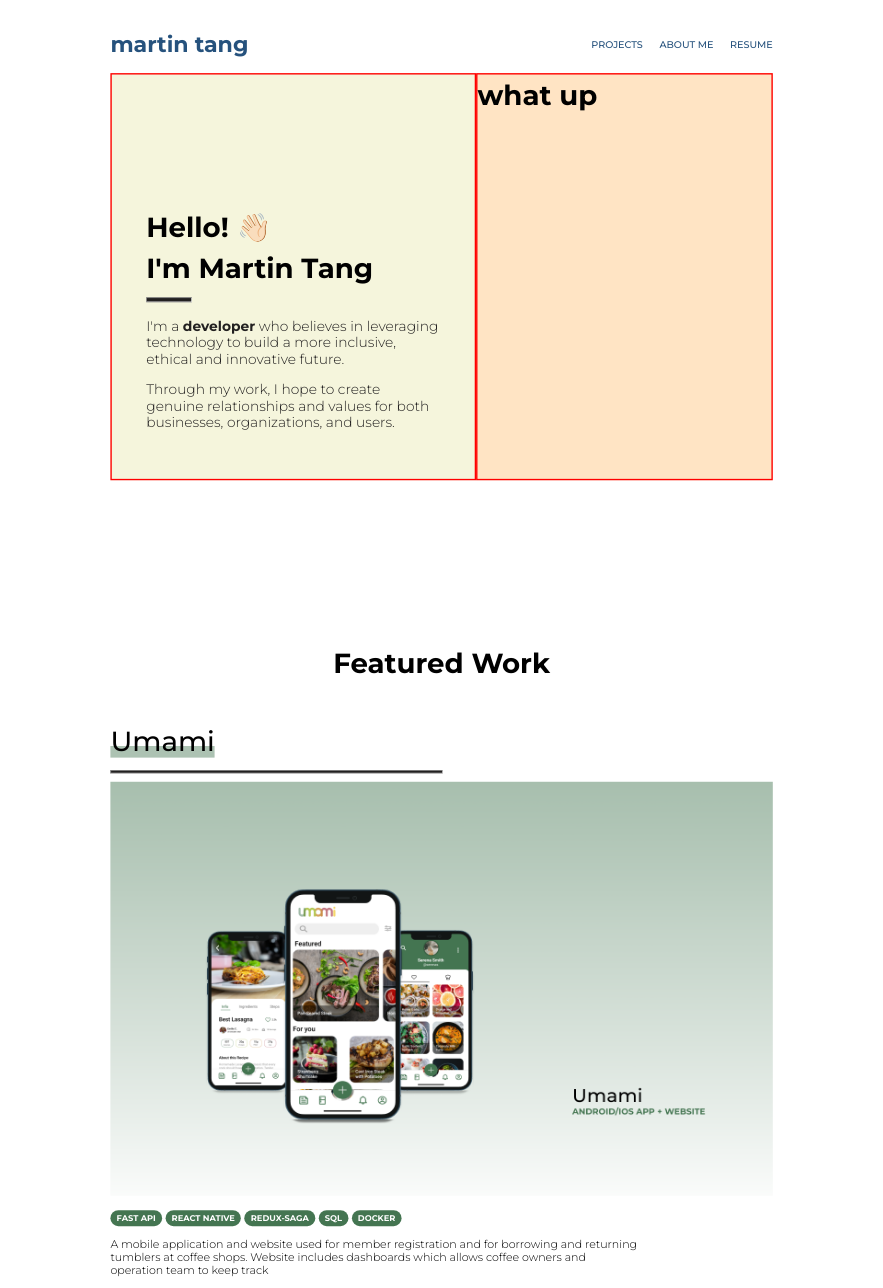
Repository: TangMartin/martintang
Page: index.html
The author's editor kept a copy of each file at every save. The page is drawn from the files as they stood at one save, then again after the next save.
The browser window is 1280 px wide. The pictures show the whole page, at 69% of full size.

Above is the page before, as saved 2021-11-24 00:50:03.

### index.html
<!DOCTYPE html>

<html>
    <head>
        <link href="./styles/style.css" rel="stylesheet">
        <link rel="preconnect" href="https://fonts.googleapis.com">
        <link rel="preconnect" href="https://fonts.gstatic.com" crossorigin>
        <link href="https://fonts.googleapis.com/css2?family=Montserrat:wght@300;500;700&display=swap" rel="stylesheet">
        <title> Martin Tang</title>
    </head>

    <body>
        <div class="topnav">
            <a class="name" href="./index.html" style="font-weight: bold; font-size: 32px;">martin tang</a>
            <a class="tabs" href="./Martin_Tang_Resume.pdf" download>RESUME</a>
            <a class="tabs" href="./pages/aboutme.html">ABOUT ME</a>
            <a class="tabs" href="./pages/projects.html">PROJECTS</a>
        </div>
        <div class="flex-main">
            <div class="flex-left">
                <h1>Hello! <span class="wave">👋🏻</span> </h1>
                <h1>I'm Martin Tang</h1>
                <hr style="height:5px; width:15%; margin-left:0; background-color:#222020; display: inline-block">
                <h3>I'm a <strong>developer</strong> who believes in leveraging technology to build a more inclusive, ethical and innovative future. </h3>
                <h3>Through my work, I hope to create genuine relationships and values for both businesses, organizations, and users.</h3>
            </div>
            <div class="flex-right">
                <h1> what up</h1>
            </div>
        </div>
        <div class="featured_work">
            <!-- Featured Work -->
            <h1 style="text-align: center; padding-top: 5rem;"> Featured Work </h1>
            <ul class="work_list">

                <!-- Umami -->
                <li class="work_item">
                    <h1><span class="highlight" style="--highlighter-color: #ACC2B2">Umami</span></h1>
                    <hr style="height:2.5px; width:50%; margin-left:0; background-color:#222020; display: inline-block">
                    <img class="work_image" src="./assets/images/Umami.png" />
                    <div class="technologies">
                        <p>FAST API</p>
                        <p>REACT NATIVE</p>
                        <p>REDUX-SAGA</p>
                        <p>SQL</p>
                        <p>DOCKER</p>
                    </div>
                    <p class="work_description">
                        A mobile application and website used for member registration and for borrowing and returning tumblers at coffee shops.  Website includes dashboards which allows coffee owners and operation team to keep track
                    </p>
                </li>
            </ul>
        </div>
    </body>
</html>

### styles/style.css
:root {
    --highlighter-color: #EEDF5B;
    --umami-color: #447551;
}

body {
    max-width: 60rem;
    margin-right: auto;
    margin-left: auto;
    width: 80vw;
    padding-top: 2rem;
}

body,
h1,
h2,
h3,
h4,
h5 {
  font-family: 'Montserrat', sans-serif;
}

h1 {
    font-size: 40px;
    margin: 5px 0px 10px 0px;
}

h3 {
    margin-top: 10px;
    color: #222020;
    font-size: 20px;
    font-weight: 300;
}

/* NAV BAR */
.topnav {
    flex-direction: row;
    margin-bottom: 1rem;
}
.topnav a {
    font-family: 'Montserrat', sans-serif;
    color: #26527D;
    line-height:50px;
    text-decoration: none;
}
.topnav a:hover {
    color: green;
  }
.tabs {
    float: right;
    line-height:50px;
    font-size: 14px;
    padding-left: 24px;
}

/* MAIN PAGE */
.flex-main {
    display: flex;
    flex-direction: row;
}
.flex-left {
    width: 50%;
    padding: 50px;
    padding-top: 12rem;
    background-color: beige;
    border: 2px solid red;
}
.flex-right {
    width: 50%;
    background-color: bisque;
    border: 2px solid red;
}

.wave {
    animation-name: wave-animation;  /* Refers to the name of your @keyframes element below */
    animation-duration: 2.5s;        /* Change to speed up or slow down */
    animation-iteration-count: infinite;  /* Never stop waving :) */
    transform-origin: 70% 70%;       /* Pivot around the bottom-left palm */
    display: inline-block;
  }

  @keyframes wave-animation {
      0% { transform: rotate( 0.0deg) }
     10% { transform: rotate(14.0deg) }  /* The following five values can be played with to make the waving more or less extreme */
     20% { transform: rotate(-8.0deg) }
     30% { transform: rotate(14.0deg) }
     40% { transform: rotate(-4.0deg) }
     50% { transform: rotate(10.0deg) }
     60% { transform: rotate( 0.0deg) }  /* Reset for the last half to pause */
    100% { transform: rotate( 0.0deg) }
  }

/* FEATUERED WORK */
.featured_work {
    margin-top: 10rem;
}
.work_list {
    list-style: none;
    padding-left: 0;
}
.work_item {
    margin-top: 4rem;
}
.work_image {
    max-width: 100%;
}
.work_description {
    margin-top: 5px;
    font-weight: 300;
    width: 80%;
}
.highlight {
    background: linear-gradient(180deg, #FFFFFF 65%, var(--highlighter-color) 65%);
    font-weight: 400;
}
.technologies {
    margin-top: 5px;
    display: flex;
    flex-direction:row;

}
.technologies p {
    font-size: 12px;
    margin-right: 5px;
    color: #FFFFFF;
    font-weight: 600;
    border-radius:15px;
    padding: 4px 9px 4px 9px;
    background: var(--umami-color);
}

After the next save:
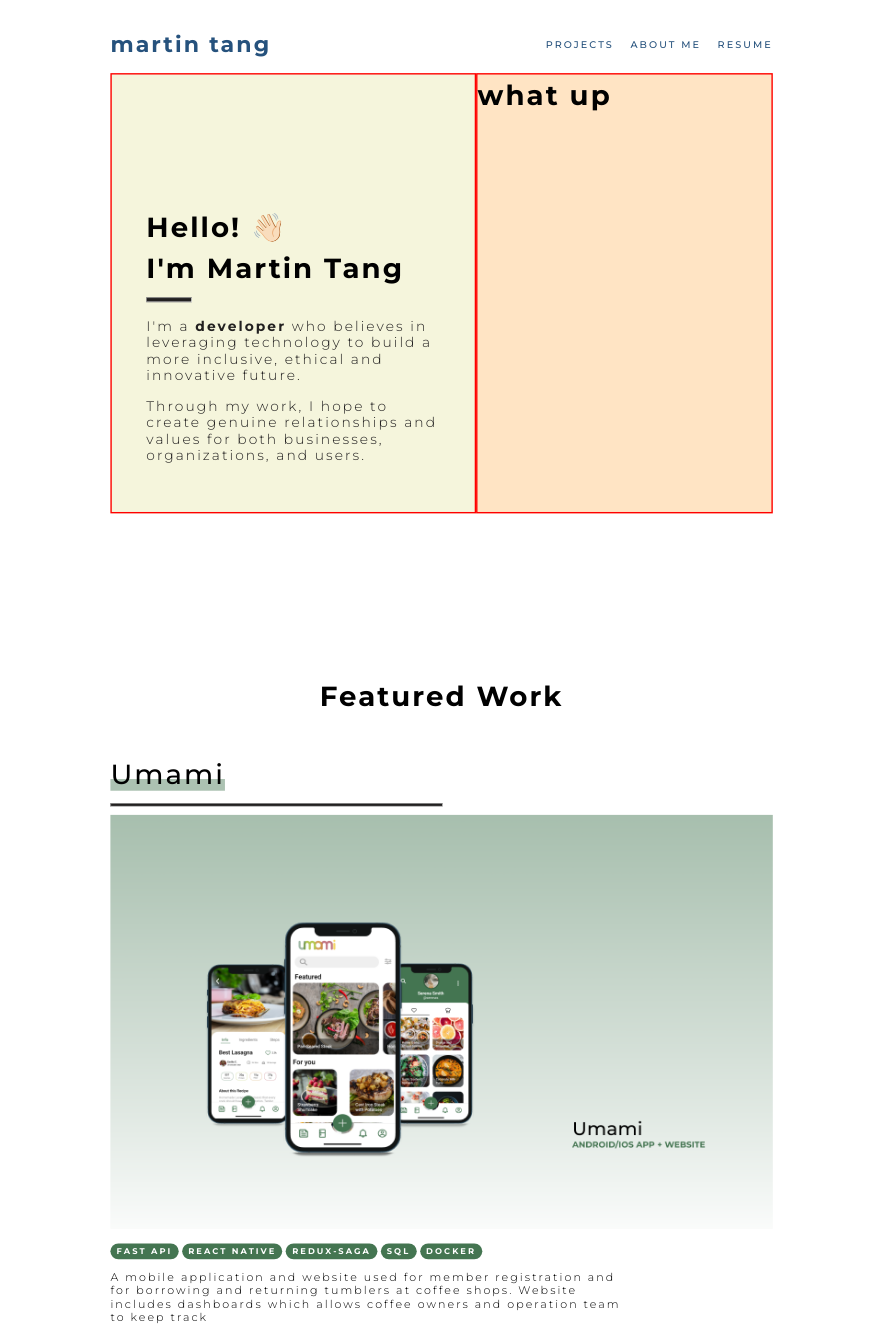
Saved 75 s later.
--- a/styles/style.css
+++ b/styles/style.css
@@ -18,6 +18,7 @@ h3,
 h4,
 h5 {
   font-family: 'Montserrat', sans-serif;
+  letter-spacing: 3px;
 }
 
 h1 {
